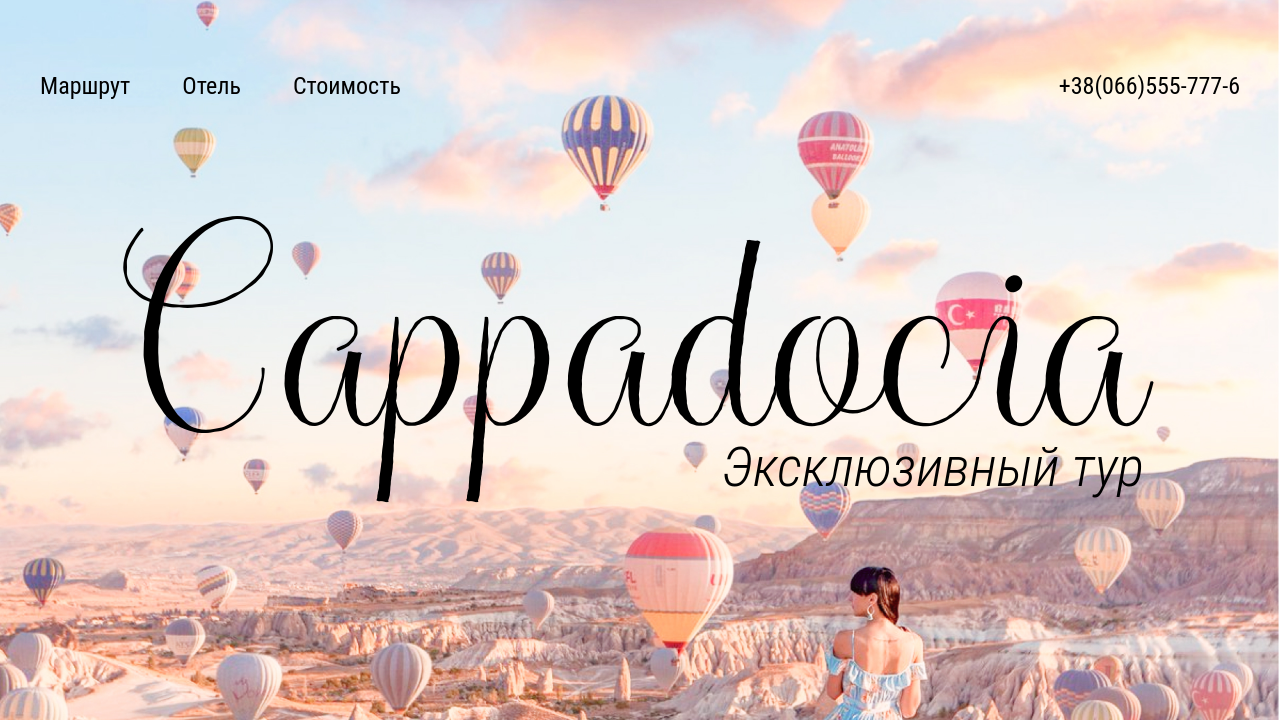
Repository: Lareeman/cappadocia
Page: index.html
An editor plug-in stored every save of this project. The page is shown before and after the next save, followed by the edit.
The browser window is 1280 px wide. The pictures show the whole page.

Above is the page before, as saved 2024-01-27 09:25:16.

### index.html
<!DOCTYPE html>
<html lang="en">
<head>
  <meta charset="UTF-8">
  <meta name="viewport" content="width=device-width, initial-scale=1.0">
  <meta http-equiv="X-UA-Compatible" content="ie=edge">
  <title>Cappadocia</title>
  <link rel="stylesheet" href="css/reset.css">
  <link rel="stylesheet" href="css/slick.css">
  <link rel="stylesheet" href="css/style.css">
</head>
<body>
  <header class="header">
    <div class="container">
      <div class="header__top">
        <nav class="menu">
          <ul class="menu__list">
            <li class="menu__item"><a class="menu__link" href="#">Маршрут</a></li>
            <li class="menu__item"><a class="menu__link" href="#">Отель</a></li>
            <li class="menu__item"><a class="menu__link" href="#">Стоимость</a></li>
          </ul>
        </nav>
        <a class="header__phone" href="tel:+380665557776">+38(066)555-777-6</a>
      </div>
      <h1 class="header__title">Cappadocia<span>Эксклюзивный тур</span></h1>
    </div>
  </header>

  <script src="https://ajax.googleapis.com/ajax/libs/jquery/3.4.1/jquery.min.js"></script>
  <script src="js/slick.min.js"></script>
  <script src="js/main.js"></script>
</body>
</html>

### css/style.css
:root {
  --black: #000;
}
@font-face {
  font-family: 'Balqis';
  src: url('../fonts/balqis.woff2');
  src: url('../fonts/balqis.woff2') format('woff2'),
     url('../fonts/balqis.woff') format('woff');

  font-style: normal;
  font-weight: 300;
  font-display: swap;
}
@font-face {
  font-family: 'RobotoCondensed-Light';
  src: url('../fonts/RobotoCondensed-Light.woff2');
  src: url('../fonts/RobotoCondensed-Light.woff2') format('woff2'),
     url('../fonts/RobotoCondensed-Light.woff') format('woff');


  font-style: normal;
  font-weight: 300;
  font-display: swap;
}
@font-face {
  font-family: 'RobotoCondensed-LightItalic';
  src: url('../fonts/RobotoCondensed-LightItalic.woff2');
  src: url('../fonts/RobotoCondensed-LightItalic.woff2') format('woff2'),
     url('../fonts/RobotoCondensed-LightItalic.woff') format('woff');
  font-style: italic;
  font-weight: 300;
  font-display: swap;
}
@font-face {
  font-family: 'RobotoCondensed-Regular';
  src: url('../fonts/RobotoCondensed-Regular.woff2');
  src: url('../fonts/RobotoCondensed-Regular.woff2') format('woff2'),
     url('../fonts/RobotoCondensed-Regular.woff') format('woff');


  font-style: 400;
  font-weight: 300;
  font-display: swap;
}
html {
  box-sizing: border-box;
}

*,
*::before,
*::after {
  box-sizing: inherit;
}

a {
  text-decoration: none;
  color: inherit;
}

ul {
  list-style-type: none;
}

body {
  color: var(--black);
  font-family: "Roboto Condensed";
  font-size: 18px;
  font-style: normal;
  font-weight: 300;
  line-height: normal;
}

.header {
  background-image: url("../images/header-bg.jpg");
  background-size: cover;
  background-repeat: no-repeat;
  background-position: bottom center;
  min-height: 100vh;
}
.container {
  max-width: 1230px;
  padding: 0 15px;
  margin: 0 auto;
}
.header__top {
  padding: 72px 0;
  display: flex;
  justify-content: space-between;
  align-items: center;
  font-size: 24px;
  font-weight: 400;
}
.menu__list {
  display: flex;
  gap: 0 52px;
}
.menu__link {
  transition: all .6s;
}
.menu__link:hover {
  border-bottom: 1px solid var(--black);
}

.header__title {
  text-align: center;
  color: var(--black);
  font-family: "Balqis", serif;
  font-size: 250px;
  font-weight: 400;
}
.header__title span {
  text-align: right;
  margin-top: -6%;
  margin-right: 8%;
  display: block;
  font-family: "Roboto Condensed";
  font-size: 56px;
  font-style: italic;
  font-weight: 300;
}

Loaded but not shown: css/reset.css (common file); css/slick.css (common file); js/slick.min.js (library); js/main.js (common file)

After the next save:
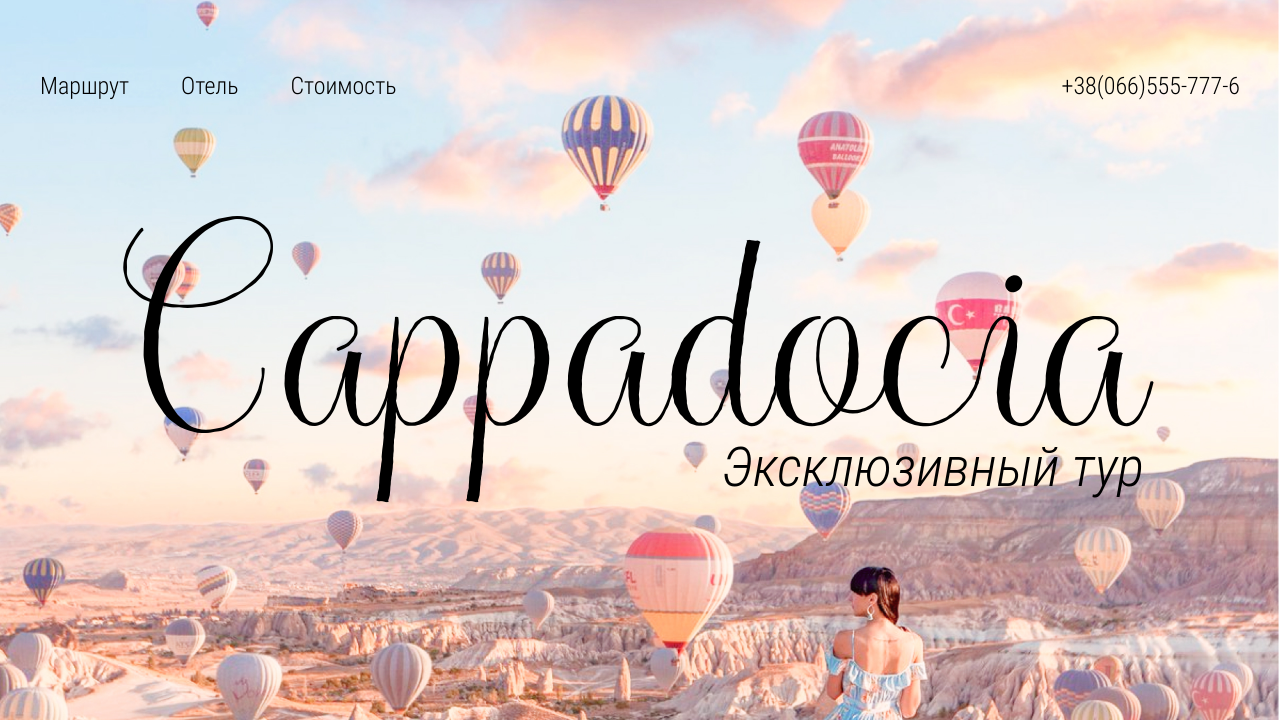
Saved 2 min 26 s later.
--- a/css/style.css
+++ b/css/style.css
@@ -63,7 +63,7 @@ ul {
 
 body {
   color: var(--black);
-  font-family: "Roboto Condensed";
+  font-family: 'RobotoCondensed-Light';
   font-size: 18px;
   font-style: normal;
   font-weight: 300;
